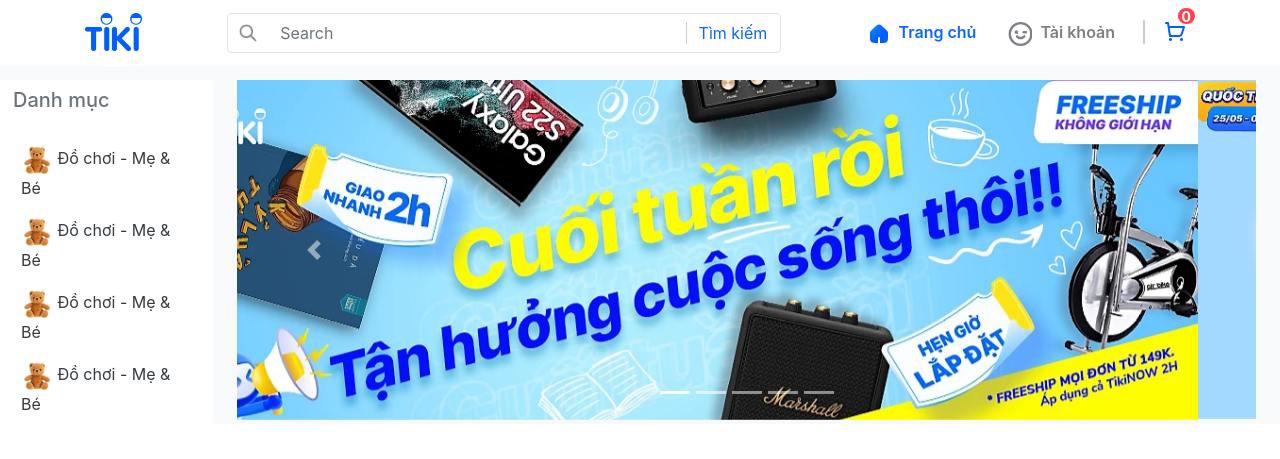
Repository: tam1512/website-ban-hang
Page: index.html
The author's editor kept a copy of each file at every save. The page is drawn from the files as they stood at one save, then again after the next save.
The browser window is 1280 px wide. The pictures show the whole page.
Some web libraries are served in a nearby version.

Above is the page before, as saved 2023-05-27 19:07:19.

### index.html
<!DOCTYPE html>
<html lang="en">
  <head>
    <meta charset="UTF-8" />
    <meta http-equiv="X-UA-Compatible" content="IE=edge" />
    <meta name="viewport" content="width=device-width, initial-scale=1.0" />
    <title>Tiki - Mua hàng online</title>
    <link
      rel="stylesheet"
      href="https://stackpath.bootstrapcdn.com/bootstrap/4.3.1/css/bootstrap.min.css"
      integrity="sha384-ggOyR0iXCbMQv3Xipma34MD+dH/1fQ784/j6cY/iJTQUOhcWr7x9JvoRxT2MZw1T"
      crossorigin="anonymous"
    />
    <link rel="stylesheet" href="css/home.css" />
  </head>
  <body>
    <div class="home-page bg-light">
      <!-- Header -->
      <nav class="navbar navbar-expand-lg navbar-light bg-white fixed-top">
        <div class="container">
          <a href="#" class="navbar-brand">
            <img
              src="img/icon/logo.png"
              alt="Tiki"
              width="57"
              height="40"
              class="d-inline-block align-top"
            />
          </a>
          <button
            class="navbar-toggler"
            type="button"
            data-toggle="collapse"
            data-target="#navbarNav"
            aria-controls="navbarNav"
            aria-expanded="false"
            aria-label="Toggle navigation"
          >
            <span class="navbar-toggler-icon"></span>
          </button>
          <form action="" class="form-inline">
            <div class="input-group border rounded bg-white align-items-center">
              <img
                class="search-icon"
                src="img/icon/search.png"
                alt="icon-search"
                width="20"
                height="20"
              />
              <input
                class="form-control border-0"
                type="search"
                placeholder="Search"
                aria-label="Search"
              />
              <button class="btn my-2 my-sm-0">Tìm kiếm</button>
            </div>
          </form>
          <div class="header-user collapse navbar-collapse" id="navbarNav">
            <ul class="navbar-nav mr-auto">
              <li class="nav-item active">
                <a href="#" class="nav-link home-icon">
                  <img
                    src="img/icon/home-active.png"
                    alt=""
                    width="24"
                    height="24"
                  />
                  Trang chủ
                </a>
              </li>
              <li class="nav-item">
                <div class="dropdown-account">
                  <a href="#" class="nav-link user-icon">
                    <img
                      src="img/icon/user.png"
                      alt=""
                      width="24"
                      height="24"
                    />
                    Tài khoản
                  </a>
                  <div class="dropdown-menu-account">
                    <a href="#" class="menu-item">Thông tin tài khoản</a>
                    <a href="#" class="menu-item">Đơn hàng của tôi</a>
                    <a href="#" class="menu-item">Đăng xuất</a>
                  </div>
                </div>
              </li>
              <li class="nav-item">
                <a href="#" class="nav-link cart-icon">
                  <img src="img/icon/cart.png" alt="" width="24" height="24" />
                  <span class="quantity-product-cart">0</span>
                </a>
              </li>
            </ul>
          </div>
        </div>
      </nav>
      <!-- body -->
      <div class="container-fluid bg-light">
        <div class="row">
          <!-- Sidebar -->
          <div class="col-md-2 d-none d-md-block bg-white rounded sidebar">
            <div class="sidebar-sticky">
              <h5
                class="sidebar-heading d-flex justify-content-between align-items-center mt-2 mb-1 ml-2 text-muted"
              >
                Danh mục
              </h5>
              <ul class="nav flex-column mt-4">
                <li class="nav-item rounded">
                  <a href="#" class="nav-link text-dark">
                    <img
                      src="img/category/dochoi-me&be.png"
                      width="32"
                      height="32"
                      alt=""
                    />
                    Đồ chơi - Mẹ & Bé</a
                  >
                </li>
                <li class="nav-item rounded">
                  <a href="#" class="nav-link text-dark">
                    <img
                      src="img/category/dochoi-me&be.png"
                      width="32"
                      height="32"
                      alt=""
                    />
                    Đồ chơi - Mẹ & Bé</a
                  >
                </li>
                <li class="nav-item rounded">
                  <a href="#" class="nav-link text-dark">
                    <img
                      src="img/category/dochoi-me&be.png"
                      width="32"
                      height="32"
                      alt=""
                    />
                    Đồ chơi - Mẹ & Bé</a
                  >
                </li>
                <li class="nav-item rounded">
                  <a href="#" class="nav-link text-dark">
                    <img
                      src="img/category/dochoi-me&be.png"
                      width="32"
                      height="32"
                      alt=""
                    />
                    Đồ chơi - Mẹ & Bé</a
                  >
                </li>
              </ul>
            </div>
          </div>

          <!-- Main content -->
          <main role="main" class="col-md-10 ml-sm-auto col-lg-10 px-4">
            <!-- Slider -->
            <div
              id="carouselIndicators"
              class="carousel slide rounded"
              data-ride="carousel"
            >
              <!-- Caeousel (thanh truoc) -->
              <ol class="carousel-indicators">
                <li
                  data-target="#carouselIndicators"
                  data-slide-to="0"
                  class="active"
                ></li>
                <li data-target="#carouselIndicators" data-slide-to="1"></li>
                <li data-target="#carouselIndicators" data-slide-to="2"></li>
                <li data-target="#carouselIndicators" data-slide-to="4"></li>
                <li data-target="#carouselIndicators" data-slide-to="5"></li>
              </ol>
              <!-- list slider -->
              <div class="carousel-inner" role="listbox">
                <div class="carousel-item active">
                  <img
                    src="img/slider/1-1.png"
                    class="d-block img-fluid"
                    alt=""
                  />
                </div>
                <div class="carousel-item">
                  <img
                    src="img/slider/1-2.png"
                    class="d-block img-fluid"
                    alt=""
                  />
                </div>
                <div class="carousel-item">
                  <img
                    src="img/slider/1.png"
                    class="d-block img-fluid"
                    alt=""
                  />
                </div>
                <div class="carousel-item">
                  <img
                    src="img/slider/2.png"
                    class="d-block img-fluid"
                    alt=""
                  />
                </div>
                <div class="carousel-item">
                  <img
                    src="img/slider/3.png"
                    class="d-block img-fluid"
                    alt=""
                  />
                </div>
              </div>
              <!-- prev and next -->
              <a
                href="#carouselIndicators"
                class="carousel-control-prev"
                role="button"
                data-slide="prev"
              >
                <span
                  class="carousel-control-prev-icon"
                  aria-hidden="true"
                ></span>
                <spna class="sr-only">Previous</spna>
              </a>
              <a
                href="#carouselIndicators"
                class="carousel-control-next"
                role="button"
                data-slide="next"
              >
                <span
                  class="carousel-control-next-icon"
                  aria-hidden="true"
                ></span>
                <spna class="sr-only">Next</spna>
              </a>
            </div>
          </main>
        </div>
      </div>
    </div>
    <!-- Bootstrap JavaScript -->
    <script
      src="https://code.jquery.com/jquery-3.3.1.slim.min.js"
      integrity="sha384-q8i/X+965DzO0rT7abK41JStQIAqVgRVzpbzo5smXKp4YfRvH+8abtTE1Pi6jizo"
      crossorigin="anonymous"
    ></script>
    <script
      src="https://cdn.jsdelivr.net/npm/@popperjs/core@2.10.2/dist/umd/popper.min.js"
      integrity="sha384-4QJ63v0fU4zqSw8sT5WzE5uYIhSvP5b+Dj7B6pV8j2p6Zx3QJ4f1PcE1y9nHt6wN"
      crossorigin="anonymous"
    ></script>
    <script
      src="https://stackpath.bootstrapcdn.com/bootstrap/4.3.1/js/bootstrap.min.js"
      integrity="sha384-JjSmVgyd0p3pXB1rRibZUAYoIIy6OrQ6VrjIEaFf/nJGzIxFDsf4x0xIM+B07jRM"
      crossorigin="anonymous"
    ></script>
  </body>
</html>

### css/home.css
:root {
  --primary-color: rgb(10, 104, 255);
}

.home-page {
  padding-top: 80px;
}

/* Header */

/* Search */
.container .form-inline {
  flex: 1;
  justify-content: center;
}

.form-inline .input-group {
  width: 80%;
}

.home-page .navbar .form-control {
  border: none;
}

.search-icon {
  margin: 0 10px;
}

.input-group input.form-control:focus,
.input-group button.btn:focus {
  box-shadow: none;
  border-color: transparent;
}

.input-group:focus-within {
  border: 1px solid var(--primary-color) !important;
}
.input-group button.btn:hover {
  background-color: rgba(10, 104, 255, 0.2);
}
.input-group button.btn {
  position: relative;
  border-top-left-radius: 0;
  border-bottom-left-radius: 0;
  color: var(--primary-color);
}
.input-group button.btn::after {
  content: "";
  position: absolute;
  width: 1px;
  height: 60%;
  top: 20%;
  left: -1px;
  background-color: #ccc;
}

/* Header-user */
.active a {
  font-weight: 600;
  color: var(--primary-color) !important;
}

.home-icon,
.user-icon {
  padding: 8px 16px !important;
  border-radius: 8px;
  font-weight: 600;
}

.cart-icon {
  display: flex;
  position: relative;
  align-items: center;
  justify-content: center;
  width: 40px;
  height: 40px;
  border-radius: 8px;
  margin-left: 24px;
}

.quantity-product-cart {
  display: flex;
  align-items: center;
  justify-content: center;
  position: absolute;
  top: -4px;
  right: 0;
  font-size: 14px;
  background-color: rgb(255, 66, 79);
  height: 16px;
  border-radius: 8px;
  color: white;
  padding: 0.5px 4px;
  text-align: center;
  font-weight: 700;
}

.cart-icon::after {
  content: "";
  position: absolute;
  width: 2px;
  height: 24px;
  left: -12px;
  top: 50%;
  transform: translateY(-50%);
  background-color: #ccc;
}

.home-icon:hover,
.user-icon:hover,
.cart-icon:hover {
  background-color: rgba(10, 104, 255, 0.2);
}

.home-icon img,
.user-icon img {
  margin-right: 4px;
}

.home-page .navbar .container .navbar-collapse {
  flex-grow: unset;
}

.dropdown-account {
  position: relative;
}

.dropdown-menu-account {
  display: none;
  position: absolute;
  right: 0;
  top: calc(100% - 1px);
  padding: 10px 0;
  border-radius: 8px;
  border: 1px solid rgb(239, 239, 239);
  background-color: #fff;
  width: 240px;
  justify-content: center;
  flex-direction: column;
}

.dropdown-account:hover .dropdown-menu-account {
  display: flex;
}

.dropdown-menu-account .menu-item {
  color: rgb(39, 39, 42);
  padding: 8px 16px;
}

.dropdown-menu-account .menu-item:hover {
  color: var(--primary-color);
  background-color: rgba(39, 39, 42, 0.12);
  text-decoration: none;
}

/* Side bar */
.sidebar-sticky {
  margin-left: -10px;
  margin-right: -10px;
}

.sidebar .nav .nav-item:hover {
  transition: all 0.4s ease-in-out;
  background-color: rgba(39, 39, 42, 0.24);
}

After the next save:
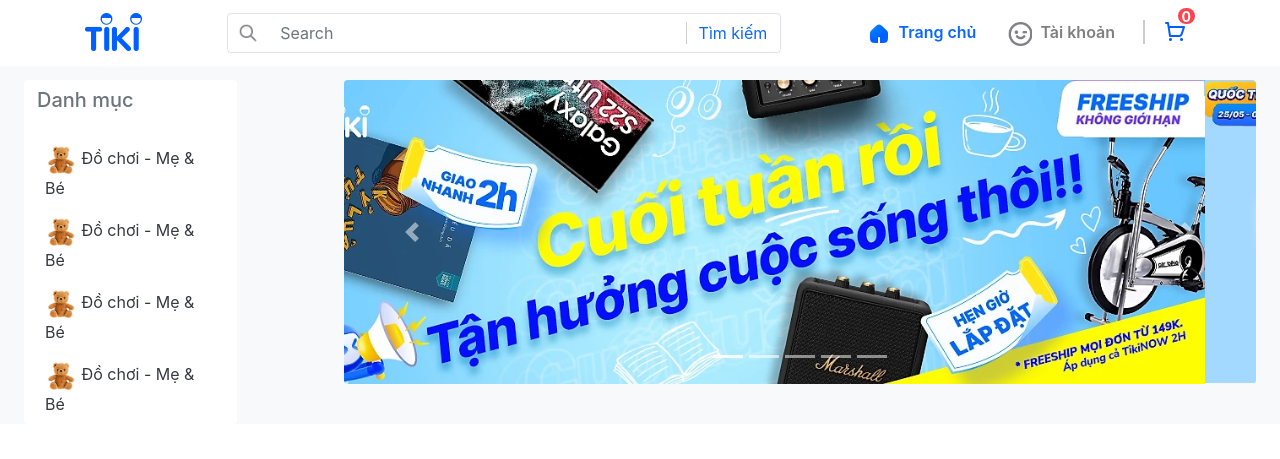
Saved 5 min 47 s later.
--- a/index.html
+++ b/index.html
@@ -101,7 +101,7 @@
       <div class="container-fluid bg-light">
         <div class="row">
           <!-- Sidebar -->
-          <div class="col-md-2 d-none d-md-block bg-white rounded sidebar">
+          <div class="col-md-2 d-none d-md-block bg-white rounded sidebar ml-4">
             <div class="sidebar-sticky">
               <h5
                 class="sidebar-heading d-flex justify-content-between align-items-center mt-2 mb-1 ml-2 text-muted"
@@ -158,7 +158,7 @@
           </div>
 
           <!-- Main content -->
-          <main role="main" class="col-md-10 ml-sm-auto col-lg-10 px-4">
+          <main role="main" class="col-md-10 ml-sm-auto col-lg-9 px-4">
             <!-- Slider -->
             <div
               id="carouselIndicators"
@@ -178,7 +178,7 @@
                 <li data-target="#carouselIndicators" data-slide-to="5"></li>
               </ol>
               <!-- list slider -->
-              <div class="carousel-inner" role="listbox">
+              <div class="carousel-inner rounded" role="listbox">
                 <div class="carousel-item active">
                   <img
                     src="img/slider/1-1.png"
